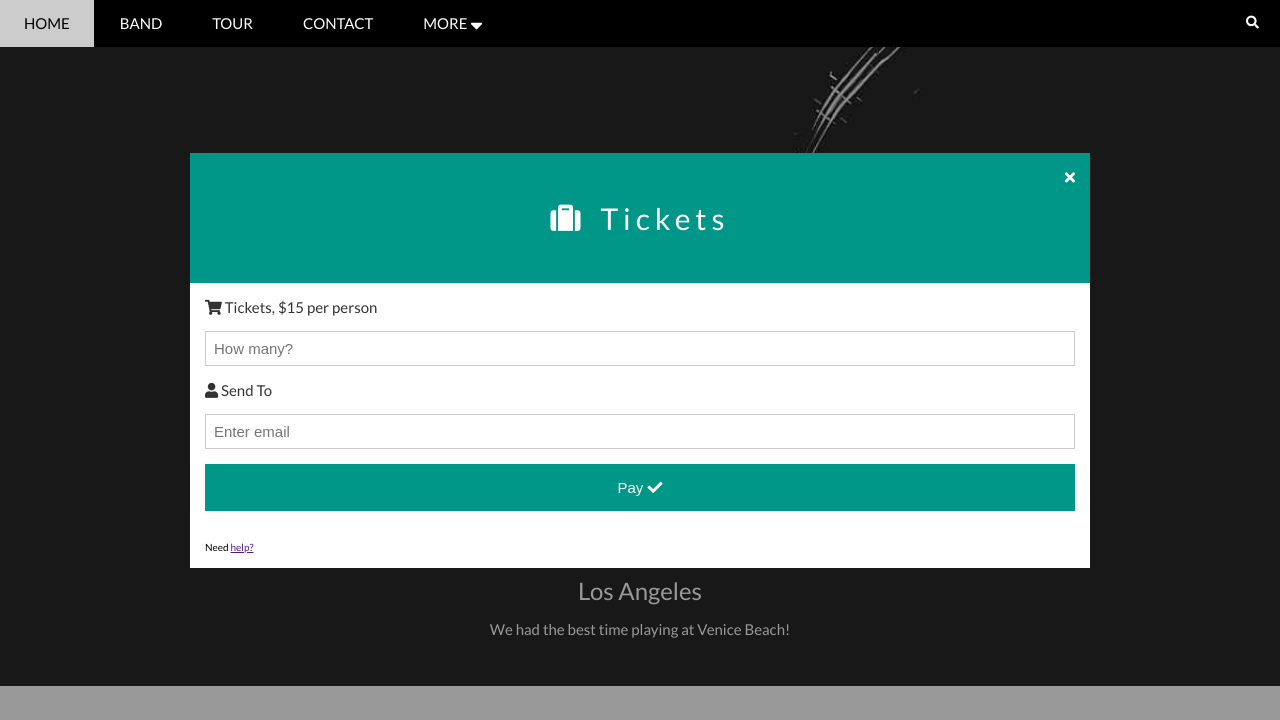
Repository: nguyenthaicong265/w3-band
Page: index.html
The author's editor kept a copy of each file at every save. The page is drawn from the files as they stood at one save, then again after the next save.
The browser window is 1280 px wide. The pictures show the window.
A layer covers the whole window, so only the first screen is drawn.

Above is the page before, as saved 2022-01-03 12:15:39.

### index.html
<!DOCTYPE html>
<html lang="en">
<head>
    <meta charset="UTF-8">
    <meta http-equiv="X-UA-Compatible" content="IE=edge">
    <meta name="viewport" content="width=device-width, initial-scale=1.0">
    <title>Document</title>
    <link rel="stylesheet" href="./assets/css/styles.css">
    <link rel="stylesheet" href="https://fonts.googleapis.com/css?family=Lato">
    <link rel="stylesheet" href="./assets/font/themify-icons-font/themify-icons/themify-icons.css">
    <link rel="stylesheet" href="./assets/font/fontawesome-free-5.15.4-web/css/all.css">
</head>
<body>
    <div id="main">
        <div id="header">
            <ul id="nav">
                <li><a href="">Home</a></li>
                <li><a href="">Band</a></li>
                <li><a href="">Tour</a></li>
                <li><a href="">Contact</a></li>
                <li>
                    <a href="#">
                        More
                        <i class="fas fa-sort-down"></i>
                    </a>
                    <ul class="subnav">
                        <li><a href="#">Merchandise</a></li>
                        <li><a href="#">Extras</a></li>
                        <li><a href="#">Media</a></li>
                    </ul>
                </li>
            </ul>
            <div class="search-button">
                <i class="fas fa-search text-white"></i>
            </div>
        </div>

        <div id="slider">
            <div class="text-content text-white">
                <h2 class="text-head">Los Angeles
                </h2>
                <div class="text-description">We had the best time playing at Venice Beach!
                </div>
            </div>
        </div>

        <div id="content">
            <!-- About-section -->
            <div class="band-section">
                <div class="content-section">
                    <h2 class="section-heading">
                    THE BAND
                    </h2>
                    <p class="section-sub-heading">
                    We love music
                    </p>
                    <p class="about-text">We have created a fictional band website. Lorem ipsum dolor sit amet, consectetur adipiscing elit, sed do eiusmod tempor incididunt ut labore et dolore magna aliqua. Ut enim ad minim veniam, quis nostrud exercitation ullamco laboris nisi ut aliquip ex ea commodo consequat. Duis aute irure dolor in reprehenderit in voluptate velit esse cillum dolore eu fugiat nulla pariatur. Excepteur sint occaecat cupidatat non proident, sunt in culpa qui officia deserunt mollit anim id est laborum consectetur adipiscing elit, sed do eiusmod tempor incididunt ut labore et dolore magna aliqua. Ut enim ad minim veniam, quis nostrud exercitation ullamco laboris nisi ut aliquip ex ea commodo consequat.
                    </p>

                    <!-- Member -->
                    <div class="members-list">
                        <div class="member-item">
                            <p class="member-name">Name</p>
                            <img src="./assets/img/band/member1.jpg" alt="Name" class="member-avatar">
                        </div>

                        <div class="member-item">
                            <p class="member-name">Name</p>
                            <img src="./assets/img/band/member1.jpg" alt="Name" class="member-avatar">
                        </div>

                        <div class="member-item">
                            <p class="member-name">Name</p>
                            <img src="./assets/img/band/member1.jpg" alt="Name" class="member-avatar">
                        </div>
                    </div>
                </div>
            </div>

            <!-- Tour-section -->
            <div class="tour-section">
                <div class="content-section">
                    <h2 class="section-heading text-white">
                    TOUR DATES
                    </h2>
                    <p class="section-sub-heading text-white">
                    Remember to book your tickets!
                    </p>

                    <!-- Tickets  -->
                    <ul class="tickets-list">
                        <li>September <span class="sold-out text-white">Sold out</span></li>
                        <li>October <span class="sold-out text-white">Sold out</span></li>
                        <li>November <span class="quantity text-white">3</span></li>
                    </ul>

                    <!-- Places -->
                    <div class="places-list">
                        <div class="places-item">
                            <img src="./assets/img/places/newyork.jpg" alt="New York" class="place-img">
                            <div class="place-body">
                                <h3 class="place-heading">
                                    New York
                                </h3>
                                <p class="place-time">
                                    Fri 27 Nov 2016
                                </p>
                                <p class="place-dsc">
                                    Praesent tincidunt sed tellus ut rutrum sed vitae justo.
                                </p>
                                <a href="#" class="place-buy-ticket">Buy Tickets</a>
                            </div>
                        </div>

                        <div class="places-item">
                            <img src="./assets/img/places/paris.jpg" alt="Paris" class="place-img">
                            <div class="place-body">
                                <h3 class="place-heading">
                                    Paris
                                </h3>
                                <p class="place-time">
                                    Sat 28 Nov 2016
                                </p>
                                <p class="place-dsc">
                                    Praesent tincidunt sed tellus ut rutrum sed vitae justo.
                                </p>
                                <a href="#" class="place-buy-ticket">Buy Tickets</a>
                            </div>
                        </div>

                        <div class="places-item">
                            <img src="./assets/img/places/sanfran.jpg" alt="San Francisco" class="place-img">
                            <div class="place-body">
                                <h3 class="place-heading">
                                    San Francisco
                                </h3>
                                <p class="place-time">
                                    Sun 29 Nov 2016
                                </p>
                                <p class="place-dsc">
                                    Praesent tincidunt sed tellus ut rutrum sed vitae justo.
                                </p>
                                <a href="#" class="place-buy-ticket">Buy Tickets</a>
                            </div>
                        </div>
                    </div>
                </div>
            </div>

            <!-- Contact-section -->
            <div class="contact-section">
                <div class="content-section">
                    <h2 class="section-heading">
                    CONTACT</h2>
                    <p class="section-sub-heading">
                    Fan? Drop a note!</p>
                    <div class="contact-information">
                        <div class="contact-location">
                            <i class="fas fa-map-marker-alt"></i>
                            <p class="location">Chicago, US</p>
                        </div>
                        <div class="contact-phone">
                            <i class="fas fa-phone-alt"></i>
                            <p class="phone">Phone: +00 151515</p>
                        </div>
                        <div class="contact-email">
                            <i class="fas fa-envelope"></i>
                            <p class="email">Email: mail@mail.com</p>
                        </div>
                    </div>
                    <div class="fill-information">
                        <form action="" class="form-information">
                            <input type="text" class="fill-name" placeholder="Name" required name="Name">
                            <input type="text" class="fill-email" placeholder="Email" required name="Email">
                            <input type="text" class="fill-message" placeholder="Message"
                            required name="Message">
                            <button class="button-send" type="submit">SEND</button>
                        </form>
                    </div>
                </div>
            </div>
        </div>

        <div id="footer">

        </div>
    </div>
    <div class="modal">
         <div class="modal-contaner">
             <div class="modal-close">
                <i class="fas fa-times"></i>
             </div>

             <div class="modal-header text-white">
                <i class="fas fa-suitcase"></i> Tickets
             </div>

             <div class="modal-body">
                <label for="ticket-quantity" class="modal-label">
                    <i class="fas fa-shopping-cart"></i>
                    Tickets, $15 per person
                 </label>
                 <input type="text" id="ticket-quantity" class="modal-input" placeholder="How many?">

                 <label for="ticket-email" class="modal-label">
                    <i class="fas fa-user"></i>
                    Send To
                 </label>
                 <input type="text" id="ticket-email" class="modal-input" placeholder="Enter email">

                <button id="buy-ticket">
                    Pay
                    <i class="fas fa-check"></i>
                </button>
             </div>

             <div class="modal-footer">
                 <p class="modal-help">
                     Need <a href="">help?</a>
                 </p>
             </div>
         </div>
    </div>
</body>
</html>

### assets/css/styles.css
/* Reset CSS */
* {
    padding: 0;
    margin: 0;
    box-sizing: border-box;
}

html {
    font-family: "Lato", sans-serif;
    font-size: 62.5%;
}

.text-white {
    color: #ffff !important;
}

#main {

}

#header {
    position: fixed;
    top: 0;
    left: 0;
    right: 0;
    height: 46.5px;
    background-color: #000000;
    z-index: 1;
}

#header .search-button {
    float: right;
    padding: 0 21px;
}

#header .search-button:hover {
    cursor: pointer;
    background-color: #f44336!important;
}

#header .fa-search {
    font-size: 13px;
    line-height: 46px;
}

#nav, .subnav {
    display: inline-block;
    list-style-type: none;
}

#nav > li {
    display: inline-block;
}

#nav li {
    position: relative;
}

#nav > li > a {
    color: #ffffff;
    text-transform: uppercase;
}

#nav li a {
    text-decoration: none;
    line-height: 46.5px;
    padding: 0px 24px;
    font-size: 1.5rem;
    display: block;
}

#nav .fa-sort-down {
    font-size: 20px;
}

#nav li:hover .subnav {
    display: block;

}

#nav > li:hover > a,
#nav .subnav li:hover a {
    color: #000 !important;
    background-color: #ccc !important;
}

#nav .subnav {
    display: none;
    position: absolute;
    min-width: 160px;
    top: 46.5px;
    background-color: #ffffff;
    box-shadow: 0 0 10px rgba(0, 0, 0, 0.3);
}

#nav .subnav a {
    color: #000;
    padding: 0 12px;
    line-height: 38px;
}

#slider {
    position: relative;
    margin-top: 46px;
    padding-top: 50%;
    background: url(/assets/img/slider/slider1.jpg) top center / cover no-repeat;
}

#slider .text-content {
    position: absolute;
    bottom: 48px;
    width: 100%;
    text-align: center;
}

#slider .text-head {
    font-weight: 100;
    font-size: 24px;
    margin-bottom: 10px;
}
#slider .text-description {
    font-size: 15px;
    margin-top: 15px;
}

#content {
}

#content .content-section {
    width: 800px;
    padding: 64px 16px ;
    margin-left: auto;
    margin-right: auto;
}

#content .section-heading {
    font-size: 30px;
    font-weight: 400;
    letter-spacing: 4px;
    text-align: center;
}

#content .section-sub-heading {
    font-size: 15px;
    font-style: italic;
    text-align: center;
    opacity: 0.6;
    margin-top: 25px;
}

#content .about-text {
    text-align: justify;
    font-size: 15px;
    margin-top: 25px;
    line-height: 1.4;
}

#content .members-list {
    margin-top: 48px;
    overflow: hidden;
    padding-top: 32px !important;
    padding-bottom: 32px !important;
}

#content .member-item {
    float: left;
    width: 33.333333%;
    text-align: center;
}

#content .member-name {
    font-size: 15px;


}

#content .member-avatar {
    width: 60%;
    margin-top: 15px;
    border-radius: 4px;
}

.tour-section {
    background-color: #000;
    width: 100%;
}

.tickets-list {
    background-color: #ffffff;
    margin-top: 40px;
    list-style-type: none;
}

.tickets-list li {
    font-size: 15px;
    padding: 11px 16px;
    border-bottom: 1px solid #dddd;
    color: #757575;
}

.tickets-list .sold-out {
    background-color: #f44336!important;
    padding: 2px 7px;
    margin-left: 16px;
}

.tickets-list .quantity {
    float: right;
    width: 24px;
    height: 24px;
    background-color: #000;
    border-radius: 50%;
    line-height: 24px;
    text-align: center;
    margin-top: -3px;
}

.places-list {
    margin: 32px -8px 0px;
    overflow: hidden;
    padding-bottom: 48px;
}

.places-item {
    float: left;
    width: 33.33333%;
    padding: 0 8px;

}

.place-img {
    display: block;
    width: 100%;
}

.place-img:hover {
    opacity: 0.6;
}

.place-body {
    background-color: #ffff;
    padding: 16px;
}

.place-heading {
    font-size: 15px;
    font-weight: bolder;
    margin-bottom: 15px;
}

.place-time {
    font-size: 15px;
    opacity: 0.6;
    margin-bottom: 15px;
}

.place-dsc {
    font-size: 15px;
    margin-bottom: 15px;
}

.place-buy-ticket {
    display: inline-block;
    font-size: 15px;
    color: #ffff;
    background-color: #000;
    text-decoration: none;
    padding: 8px 16px;
    margin-top: 16px;
}

.place-buy-ticket:hover {
    color: #000;
    background-color: #ccc;
}

.contact-section {
    background-color: #fff;
    width: 100%;

}

.contact-information {
    float: left;
    width: 49.99999%;
    margin-bottom: 16px;
    overflow: hidden;
}

.fas {
    display: inline-block;
}

.contact-location {

}


.contact-phone {

}

.fill-information {
    width: 49.99999%;
}
#footer {

}

.modal {
    position: fixed;
    top: 0;
    right: 0;
    bottom: 0;
    left: 0;
    background: rgba(0, 0, 0, 0.4);
    display: flex;
    align-items: center;
    justify-content: center;
}

.modal-contaner {
    background: #fff;
    width: 900px;
    min-height: 200px;
    position: relative;
}

.modal-close {
    position: absolute;
    right: 0;
    top: 0;
    padding: 15px;
    cursor: pointer;
    color: #fff;
    font-size: 15px;
}

.modal-close:hover {
    background-color: #ccc;
    color: #000;
}

.modal-header {
    background-color: #009688;
    height: 130px;
    display: flex;
    align-items: center;
    justify-content: center;
    font-size: 30px;
    letter-spacing: 5px;
}

.modal-header .fa-suitcase {
    margin-right: 15px;
}

.modal-body {
    padding: 15px;

}

.modal-body .modal-label {
    display: block;
    font-size: 15px;
    opacity: 0.8;
}

.modal-body .modal-input {
    border: 1px solid #ccc;
    padding: 8px;
    margin: 15px 0;
    width: 100%;
    font-size: 15px;
}

#buy-ticket {
    background-color: #009688;
    color: #fff;
    font-size: 15px;
    padding: 15px;
    width: 100%;
    border: 0px;
}

#buy-ticket:hover {
    background-color: #ccc;
    color: #000;
}

.modal-footer {
    margin: 15px;
}

.modal-help {
    top: 0;
    right: 0;

}

Loaded but not shown: assets/font/themify-icons-font/themify-icons/themify-icons.css (common file); assets/font/fontawesome-free-5.15.4-web/css/all.css (library)

After the next save:
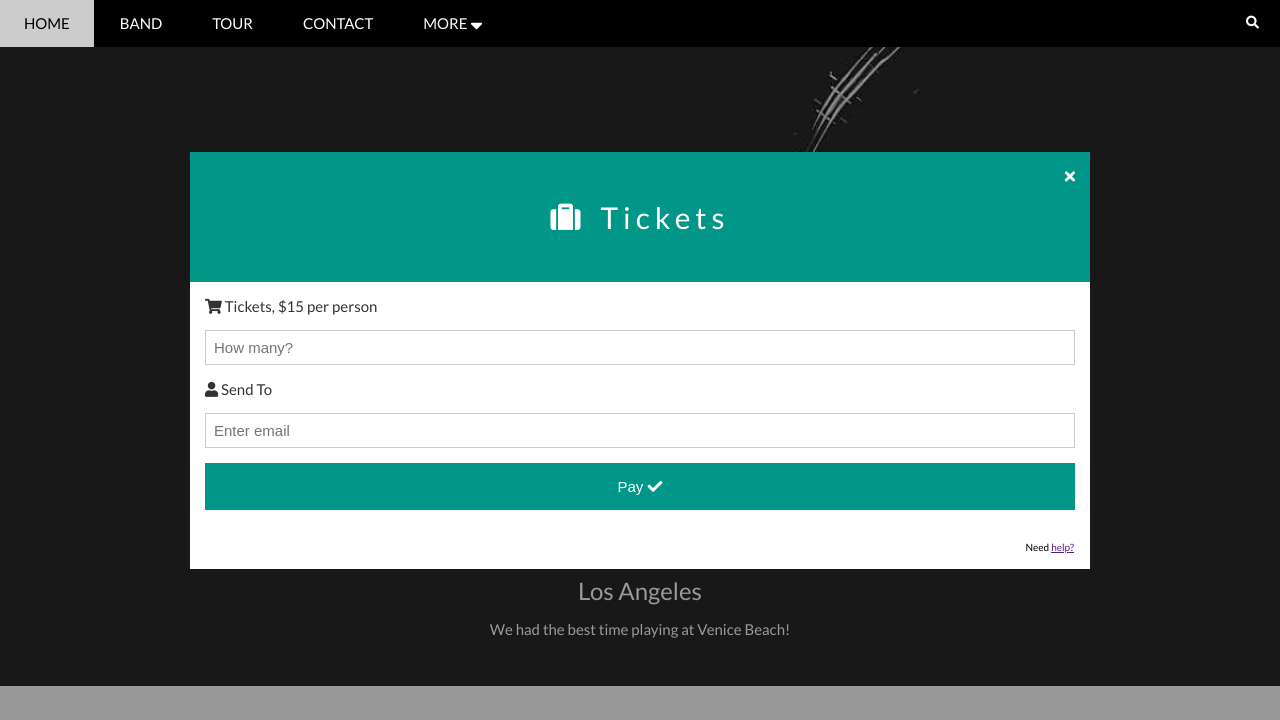
Saved 56 s later.
--- a/assets/css/styles.css
+++ b/assets/css/styles.css
@@ -389,7 +389,8 @@ html {
 }
 
 .modal-footer {
-    margin: 15px;
+    padding: 16px;
+    text-align: right;
 }
 
 .modal-help {
